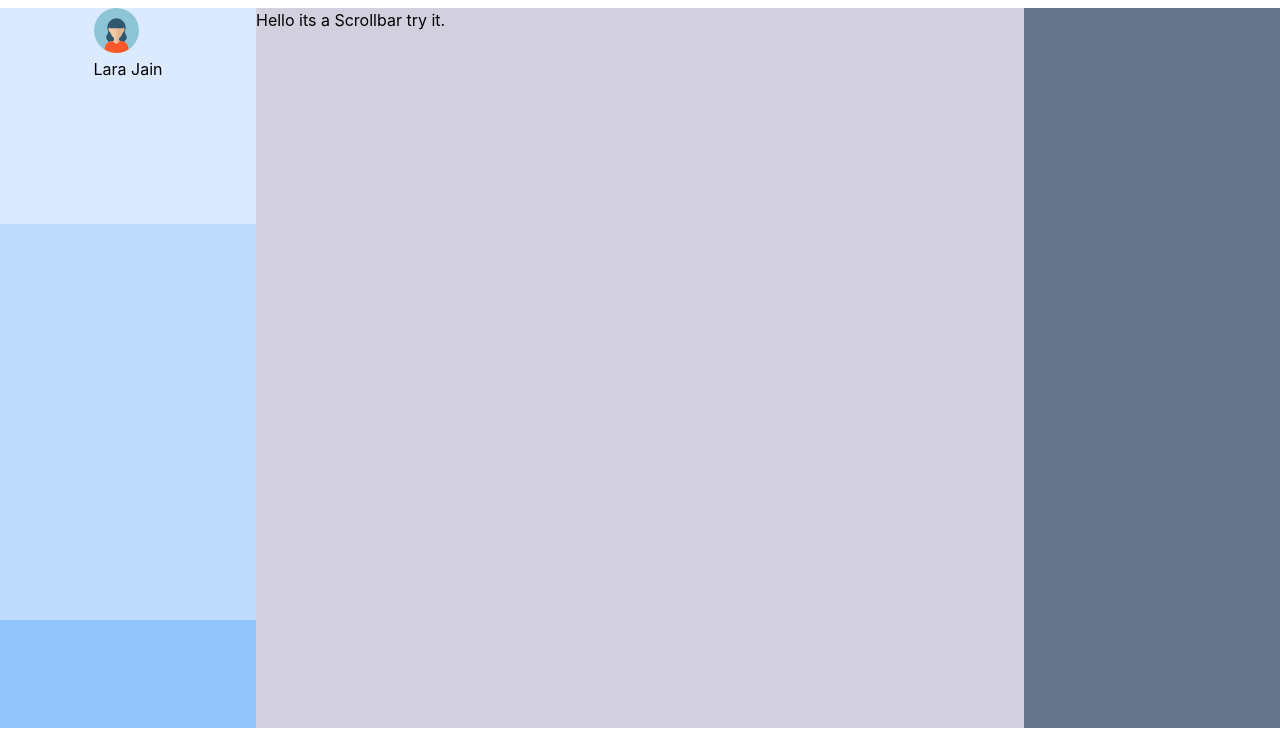
Repository: cosmicswati/upgrad-captions-project
Page: /
These files come from the project's save history. The page is drawn as it stood at one moment and after the next save; the edit follows.
The browser window is 1280 px wide. The pictures show the whole page.
An inner scrolling area shows only its first screen. The project was rebuilt for these pictures with package versions that can differ from the ones it lists, and the page was loaded fresh each time. Also part of the build but not shown: src/components/Input/index.js, src/components/Button/index.js, src/modules/Authorization/Form.jsx, src/modules/Authorization/index.js.

Above is the page before, as saved 2024-04-09 13:40:32.

After the next save:
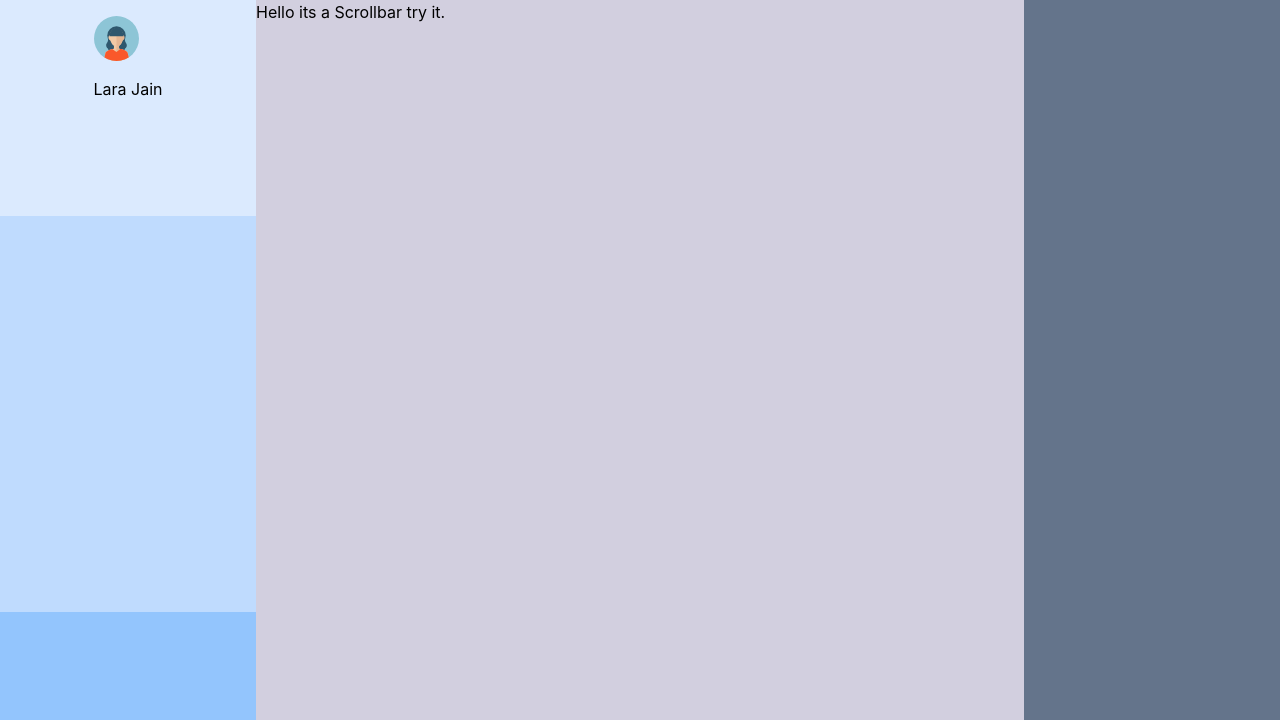
Saved 75 s later.
--- a/src/modules/Home/index.js
+++ b/src/modules/Home/index.js
@@ -3,11 +3,11 @@ import { ReactComponent as Avatar} from '../../assets/Avatar.svg'
 
 const Home = () => {
   return (
-    <div className='h-screen bg-[#d2cfdf] my-2 flex overflow-hidden'>
+    <div className='h-screen bg-[#d2cfdf]  flex overflow-hidden'>
         <div className='w-[20%] flex flex-col'>
             <div className='h-[30%] bg-blue-100 flex justify-center item-center'>
                 <div>
-                    <Avatar width={'45px'} height={'45px'}/>
+                    <div className='my-4'><Avatar width={'45px'} height={'45px'}/></div>
                     <p className='my-1'>Lara Jain</p>
                 </div>
             </div>
